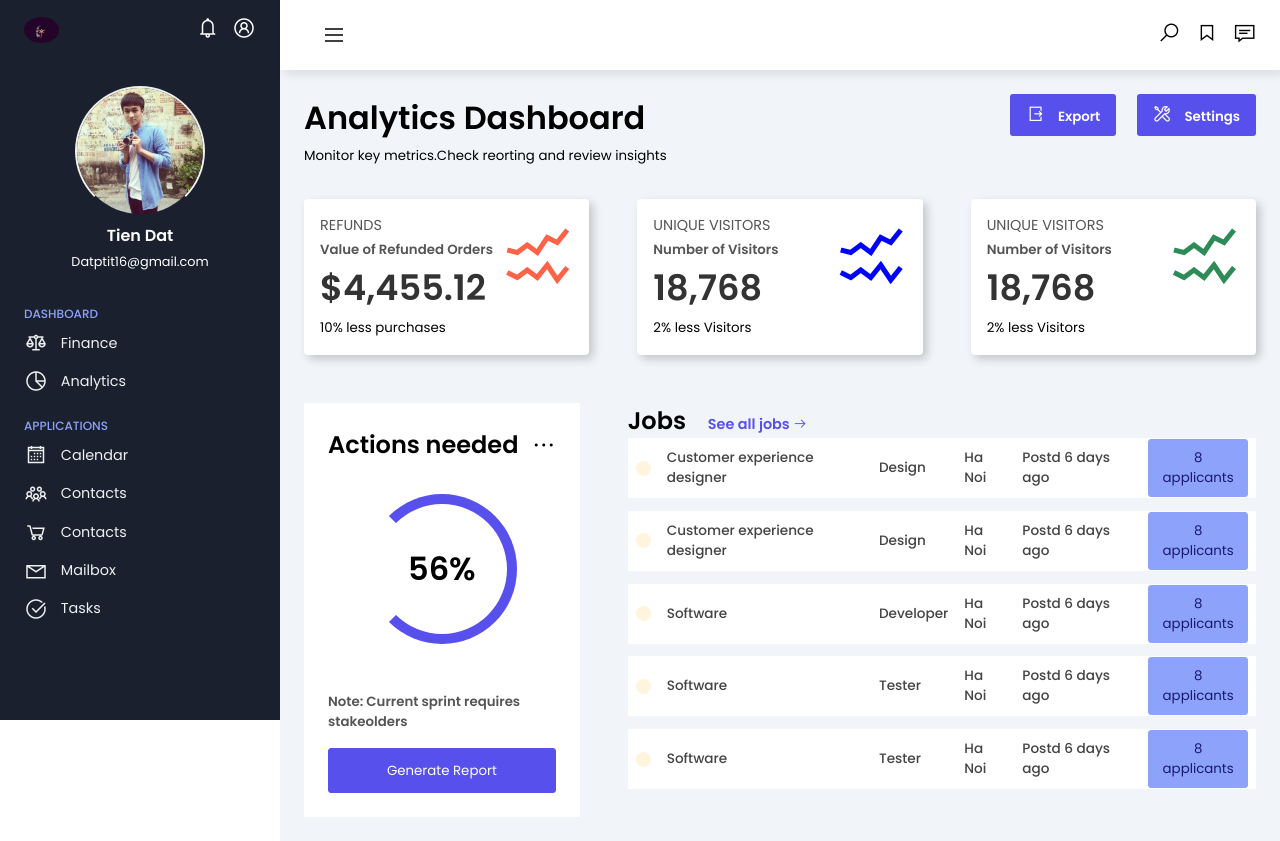
Repository: Datt21/dashboard-fe-project
Page: index.html
These files come from the project's save history. The page is drawn as it stood at one moment and after the next save; the edit follows.
The browser window is 1280 px wide. The pictures show the whole page.

Above is the page before, as saved 2021-06-08 20:55:29.

### index.html
<!DOCTYPE html>
<html lang="en">
<head>
    <meta charset="UTF-8">
    <meta http-equiv="X-UA-Compatible" content="IE=edge">
    <meta name="viewport" content="width=device-width, initial-scale=1.0 maxium-scale=1.0">

    <!-- =============== UNICONS =================== -->
    <link rel="stylesheet" href="https://maxst.icons8.com/vue-static/landings/line-awesome/line-awesome/1.3.0/css/line-awesome.min.css">
    <!-- =============== GOOGLE FONT =============== -->

    <!-- =============== CSS ================== -->
    <link rel="stylesheet" href="./assets/css/style.css">

    <title>Tien Dat Admin Dashboard</title>

</head>
<body>

    <input type="checkbox" name="" id="sidebar-toggle">

    <!-- ========== SIDEBAR======== -->
    <div class="sidebar">
    <!-- brand -->
         <div class="sidebar__brand">
             <div class="brand__flex">
                 <img src="./img/loGO1.jpg" width="35px" alt="">

                 <div class="brand__icons">
                     <span class="las la-bell"></span>
                     <span class="las la-user-circle"></span>
                 </div>
             </div>
         </div>
    <!-- main -->
         <div class="sidebar__main">
             <div class="sidebar__user">
                 <img src="./img/119942988_206292647508421_8132941228799644311_n.jpg" alt="">
                 <div>
                     <h3> Tien Dat</h3>
                     <span> Datptit16@gmail.com</span>
                 </div>
             </div>
             <div class="sidebar__menu">
                 <div class="menu-head">
                     <span> Dashboard</span>
                 </div>
                 <ul>
                     <li>
                         <a href="">
                         <span class="las la-balance-scale"></span>
                        Finance
                        </a>
                    </li>
                     <li>
                         <a href=""><span class="las la-chart-pie"></span>
                        Analytics
                         </a>
                    </li>
                 </ul>

                 <div class="menu-head">
                    <span> Applications</span>
                </div>
                <ul>
                    <li>
                        <a href="">
                        <span class="las la-calendar"></span>
                       Calendar
                       </a>
                   </li>
                    <li>
                        <a href=""><span class="las la-users"></span>
                       Contacts
                        </a>
                   </li>
                    <li>
                        <a href=""><span class="las la-shopping-cart"></span>
                       Contacts
                        </a>
                   </li>
                    <li>
                        <a href=""><span class="las la-envelope"></span>
                       Mailbox
                        </a>
                   </li>
                    <li>
                        <a href=""><span class="las la-check-circle"></span>
                       Tasks
                        </a>
                   </li>
                </ul>
             </div>
         </div>
    </div>

    <!-- ================== MAIN CONTENT===================== -->
    <div class="main__content">
        <header>
            <div class="menu__toggle">
                <label for="sidebar-toggle">
                    <span class="las la-bars"></span>
                </label>
            </div>

            <div class="hearder__icons">
                <span class="las la-search"></span>
                <span class="las la-bookmark"></span>
                <span class="las la-sms"></span>
            </div>
        </header>

        <main>
            <div class="page__header">
                <div>
                    <h1>Analytics Dashboard</h1>
                    <small>Monitor key metrics.Check reorting and review insights</small>
                </div>

                <div class="header__actions">
                    <button>
                        <span class="las la-file-export"></span>
                        Export
                    </button>
                    <button>
                        <span class="las la-tools"></span>
                        Settings
                    </button>
                </div>
            </div>

            <div class="cards">
                <div class="card__single">
                     <div class="card__flex">
                         <div class="card__info">
                             <div class="card__head">
                                 <span>Refunds</span>
                                 <small>Value of Refunded Orders</small>
                             </div>

                             <h2>$4,455.12</h2>

                             <small>10% less purchases</small>
                         </div>
                         <div class="card-chart sucess">
                             <span class="las la-chart-line"></span>
                         </div>
                     </div>
                </div>

                <div class="card__single">
                     <div class="card__flex">
                         <div class="card__info">
                             <div class="card__head">
                                 <span>Unique Visitors</span>
                                 <small>Number of Visitors</small>
                             </div>

                             <h2>18,768</h2>

                             <small>2% less Visitors</small>
                         </div>
                         <div class="card-chart danger">
                             <span class="las la-chart-line"></span>
                         </div>
                     </div>
                </div>
                <div class="card__single">
                     <div class="card__flex">
                         <div class="card__info">
                             <div class="card__head">
                                 <span>Unique Visitors</span>
                                 <small>Number of Visitors</small>
                             </div>

                             <h2>18,768</h2>

                             <small>2% less Visitors</small>
                         </div>
                         <div class="card-chart yellow">
                             <span class="las la-chart-line"></span>
                         </div>
                     </div>
                </div>
            </div>

            <div class="job__grid">
                <div class="analytics__card">
                        <div class="analytics__head">
                             <h2>Actions needed</h2>

                             <span class="las la-ellipsis-h"></span>
                        </div>

                        <div class="analytics__chart">
                            <div class="chart__circle">
                                <h1>56%</h1>
                            </div>

                            <div class="analytics__note">
                                <small>Note: Current sprint requires stakeolders</small>
                            </div>

                            <div class="analytics__btn">
                                <button>Generate Report</button>
                            </div>
                        </div>
                </div>

                <div class="jobs">
                    <h2>Jobs <small>See all jobs <span class="las la-arrow-right"></span></small></h2>
                    <table width="100%">
                        <tbody>
                            <tr>
                                <td>
                                    <div>
                                        <span class="indicator even"></span>
                                    </div>
                                </td>
                                <td>
                                    <div>Customer experience designer</div>
                                </td>
                                <td>
                                    <div>Design</div>
                                </td>
                                <td>
                                    <div>Ha Noi</div>
                                </td>
                                <td>
                                    <div>Postd 6 days ago</div>
                                </td>
                                <td>
                                    <div>
                                        <button>8 applicants</button>
                                    </div>
                                </td>
                            </tr>
                            <tr>
                                <td>
                                    <div>
                                        <span class="indicator even"></span>
                                    </div>
                                </td>
                                <td>
                                    <div>Customer experience designer</div>
                                </td>
                                <td>
                                    <div>Design</div>
                                </td>
                                <td>
                                    <div>Ha Noi</div>
                                </td>
                                <td>
                                    <div>Postd 6 days ago</div>
                                </td>
                                <td>
                                    <div>
                                        <button>8 applicants</button>
                                    </div>
                                </td>
                            </tr>
                            <tr>
                                <td>
                                    <div>
                                        <span class="indicator even"></span>
                                    </div>
                                </td>
                                <td>
                                    <div>Software</div>
                                </td>
                                <td>
                                    <div>Developer</div>
                                </td>
                                <td>
                                    <div>Ha Noi</div>
                                </td>
                                <td>
                                    <div>Postd 6 days ago</div>
                                </td>
                                <td>
                                    <div>
                                        <button>8 applicants</button>
                                    </div>
                                </td>
                            </tr>
                            <tr>
                                <td>
                                    <div>
                                        <span class="indicator even"></span>
                                    </div>
                                </td>
                                <td>
                                    <div>Software</div>
                                </td>
                                <td>
                                    <div>Tester</div>
                                </td>
                                <td>
                                    <div>Ha Noi</div>
                                </td>
                                <td>
                                    <div>Postd 6 days ago</div>
                                </td>
                                <td>
                                    <div>
                                        <button>8 applicants</button>
                                    </div>
                                </td>
                            </tr>
                            <tr>
                                <td>
                                    <div>
                                        <span class="indicator even"></span>
                                    </div>
                                </td>
                                <td>
                                    <div>Software</div>
                                </td>
                                <td>
                                    <div>Tester</div>
                                </td>
                                <td>
                                    <div>Ha Noi</div>
                                </td>
                                <td>
                                    <div>Postd 6 days ago</div>
                                </td>
                                <td>
                                    <div>
                                        <button>8 applicants</button>
                                    </div>
                                </td>
                            </tr>

                        </tbody>
                    </table>
                </div>
            </div>
        </main>
    </div>
</body>
</html>

### assets/css/style.css
@import url('https://fonts.googleapis.com/css2?family=Poppins:wght@300;400;500;600&display=swap');

:root{
    --color-main: #1a202e;
}

*{
    font-family: 'Poppins', sans-serif ;
    box-sizing: border-box;
    text-decoration: none;
    list-style-type: none;
    margin: 0;
    padding: 0;
}


#sidebar-toggle{
    display: none;
}

#sidebar-toggle:checked ~ .sidebar{
    left: -100%;
}

#sidebar-toggle:checked ~ .main__content header{
    left: 0;
    width: 100%;
    right: 0;
}

#sidebar-toggle:checked ~ .main__content{
    margin-left: 0;
}


.sidebar{
    width: 280px;
    position: fixed;
    left: 0;
    top: 0;
    height: 100%;
    padding: 1rem 1.5rem;
    background: var(--color-main);
    color: #fff;
    z-index: 20;
    transition: left 300ms;
}

.sidebar__brand{
    height: 70px;
}

.brand__flex{
    display: flex;
    justify-content: space-between;
    align-items: center;
}

.brand__flex img{
    border-radius: 50%;
}

.brand__icons span{
    font-size: 1.5rem;
    margin-left: 0.5rem;
}

.sidebar__user{
    margin: 0rem 0rem 1rem 0rem;
    text-align: center;
}

.sidebar__user img{
    width: 130px;
    height: 130px;
    border-radius: 50%;
    border: 2px solid #efefef;
    border-top: 2px solid #efefef;
    border-left: 2px solid #efefef;
    border-right: 2px solid #efefef;
    border-bottom: 2px solid transparent;
}

.sidebar__user h3{
    font-size: 1rem;
}

.sidebar__user span{
    font-size: .8rem;
}

.sidebar__menu {
    margin-top: 2rem;
}

.menu-head {
    text-transform: uppercase;
    color: #8da2fb;
    font-size: .75rem;
    font-weight: 500;
    margin-bottom: 0.5rem;
}

.sidebar__menu ul{
    margin-bottom: 1.5rem;
}

.sidebar__menu li{
    margin-bottom: 0.9rem;

}

.sidebar__menu li a{
    color: #efefef;
    font-size: .9rem;
    display: flex;
    align-items: center;
}

.sidebar__menu li a span{
    font-size: 1.5rem;
    display: inline-block;
    margin-right: 0.8rem;
}



header{
    height: 70px;
    display: flex;
    justify-content: space-between;
    align-items: center;
    padding: 1rem 1.5rem;
    position: fixed;
    left: 280px;
    width: calc(100% - 280px);
    top: 0;
    z-index: 20;
    background: #fff;
    box-shadow: 4px 4px 10px rgba(0, 0, 0, 0.1);
    transition: left 300ms;
}

.menu__toggle label {
    height: 60px;
    width: 60px;
    display: grid;
    place-items: center;
    font-size: 1.5rem;
    border-radius: 50%;
}

.menu__toggle label:hover {
    background: #efefef;
}

.hearder__icons span{
    display: inline-block;
    margin-left: .7rem;
    font-size: 1.4rem;
}


.main__content{
    margin-left: 280px;
    transition: margin-left 300ms;
}

main {
    padding: 1.5rem;
    background: #f1f5f9;
    min-height: calc(100vh - 70px);
    margin-top: 70px;
}

.page__header {
    display: flex;
    justify-content: space-between;
}

.header__actions button {
    outline: none;
    background: #5850ec;
    color: #fff;
    border: none;
    padding: .6rem 1rem;
    margin-left: 1rem;
    border-radius: 3px;
    font-weight: 600;
}

.header__actions button span{
    font-size: 1.2rem;
    margin-right: .6rem;

}

.cards{
    display: grid;
    grid-template-columns: repeat(3, 1fr);
    grid-gap : 3rem;
    padding-top: 2rem;
}

.card__single{
    background: #fff;
    padding: 1rem;
    box-shadow: 4px 4px 10px rgba(0,0,0,0.2) ;
    border-radius: 4px;
}

.card__flex{
    display: grid;
    grid-template-columns: 70% auto;
}

.card__head span{
    display: block;
    text-transform: uppercase;
    color: #555;
    font-size: .9rem;
}

.card__head small{
    font-weight: 600;
    color: #555;
}

.card__info h2{
    font-size: 2.2rem;
    color: #333;
}

.card-chart span{
    font-size: 5rem;
}

.card-chart.sucess{
    color: tomato;
}
.card-chart.danger{
    color: blue;
}
.card-chart.yellow{
    color: seagreen;
}

.job__grid{
    margin-top: 3rem;
    display: grid;
    grid-template-columns: auto 66%;
    grid-gap: 3rem;
}

.analytics__card{
    background: #fff;
    padding: 1.5rem;
}

.analytics__head{
    display: flex;
    justify-content: space-between;
    align-items: center;
    margin-bottom: 2rem;
}

.analytics__head span{
    font-size: 1.5rem;
}

.analytics__chart small{
    font-weight: 600;
    color: #555;
    display: block;
    margin-bottom: 1rem;
}

.chart__circle{
    height: 150px;
    width: 150px;
    border-left: 10px solid transparent;
    border-right: 10px solid #5850ec;
    border-bottom: 10px solid #5850ec;
    border-top: 10px solid #5850ec;
    display: grid;
    place-items: center;
    margin: auto;
    border-radius: 50%;
    margin-bottom: 3rem;
}

.analytics__btn button{
     display: block;
     padding: .6rem 1rem;
     width: 100%;
     height: 45px;
     background: #5850ec;
     color: #fff;
     border: 1px solid #5850ec;
     border-radius: 3px;
}

.jobs h2 small{
     color: #5850ec;
     font-weight: 600;
     display: inline-block;
     margin-left: 1rem;
     font-size: .9rem;
}

.jobs table{
    border-collapse: collapse;
}

span.indicator{
    background: #c9f7f5;
    height: 15px;
    width: 15px;
    border-radius: 50%;
}

span.indicator.even{
    background: #fff4de;
    height: 15px;
    width: 15px;
    border-radius: 50%;
}

.jobs table td div{
    margin-bottom: .8rem;
    background: #fff;
    height: 60px;
    display: flex;
    align-items: center;
    padding: .5rem;
    font-size: .85rem;
    color: #444;
    font-weight: 500;
}

table button {
    background: #8da2fb;
    color: midnightblue;
    border: 1px solid #8da2fb;
    padding: .5rem;
    border-radius: 3px;
}

After the next save:
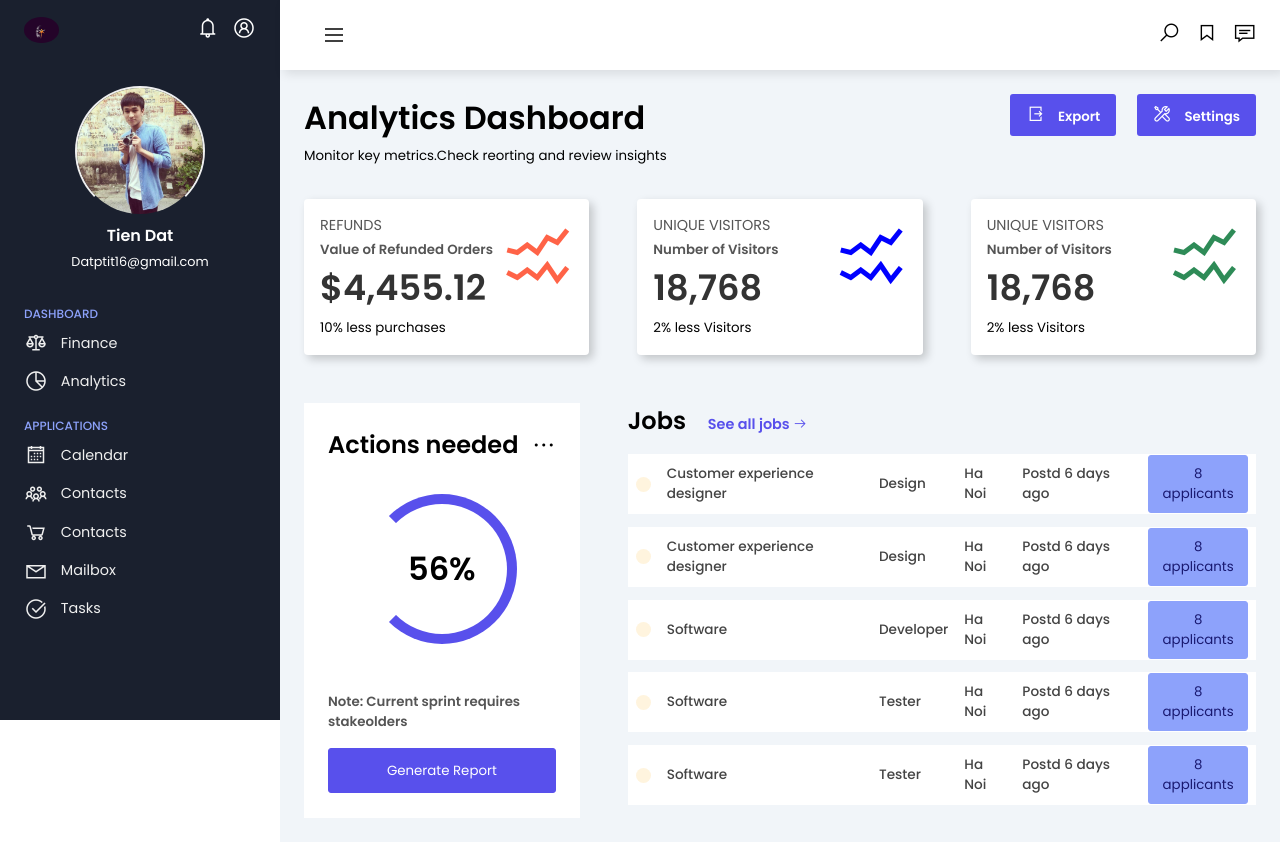
Saved 2 min 10 s later.
--- a/assets/css/style.css
+++ b/assets/css/style.css
@@ -310,6 +310,8 @@ main {
 
 .jobs table{
     border-collapse: collapse;
+    margin-top: 1rem;
+    overflow-x: auto;
 }
 
 span.indicator{
